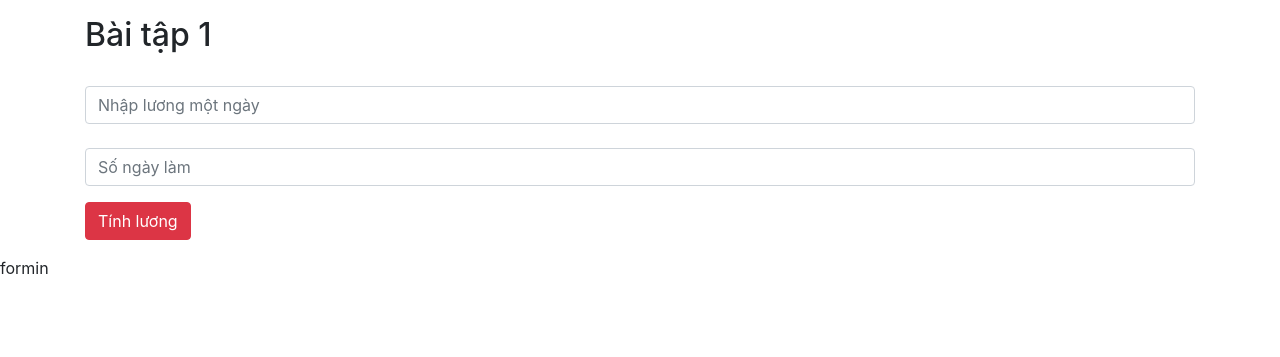
Repository: thanhfrankie/BC10-LeMinhThanh-Js-b2-3
Page: index.html
An editor plug-in stored every save of this project. The page is shown before and after a run of saves, followed by the edit.
The browser window is 1280 px wide. The pictures show the whole page.

Above is the page before, as saved 2023-12-15 15:22:16.

After the next 2 saves:
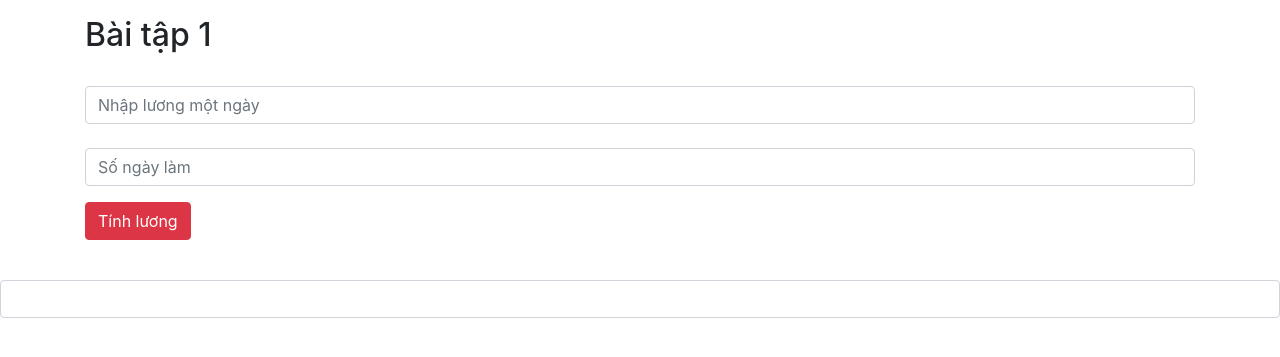
The 2 saves are shown as one change because they came seconds apart.
The last was saved 8 s later.
--- a/index.html
+++ b/index.html
@@ -50,7 +50,11 @@
       <h2 id="luong-nhan-duoc"></h2>
     </div>
     <!-- Bài tập 2 -->
-    formin
+    <div class="form-group">
+      <label for=""></label>
+      <input type="text"
+        class="form-control" name="" id="" aria-describedby="helpId" placeholder="">
+    </div>
     <!-- Optional JavaScript -->
     <!-- jQuery first, then Popper.js, then Bootstrap JS -->
     <script
